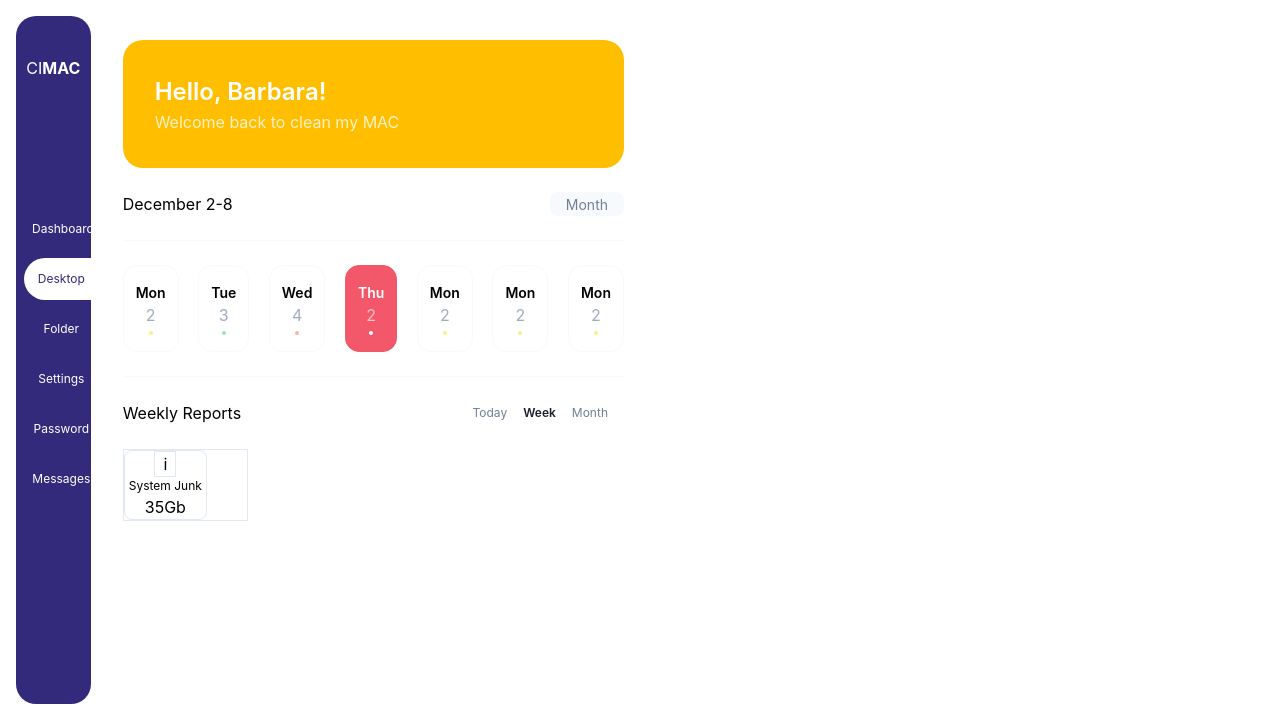
Repository: charleyvibez/experiment-Utility-software-UI
Page: index.html
The author's editor kept a copy of each file at every save. The page is drawn from the files as they stood at one save, then again after a run of saves.
The browser window is 1280 px wide. The pictures show the whole page.

Above is the page before, as saved 2020-03-18 00:46:02.

### index.html
<!DOCTYPE html>
<html lang="en">
<head>
  <meta charset="UTF-8">
  <meta name="viewport" content="width=device-width, initial-scale=1.0">

  <link rel="stylesheet" href="tailwind.css">
  <link rel="stylesheet" href="index.css">
  <title>Document</title>
</head>
<body>
  <section class="flex">
     <aside class="w-1/12 p-4 h-screen">
      <div class="aside-container bg-gray-100 rounded-xl flex flex-col items-center h-full">
        <div class="logo pt-10 text-white">
          <h3>CI<span class="font-bold">MAC</span></h3>
        </div>

      <nav class="flex flex-col items-center text-xs mt-32 text-center text-white w-full pl-2">
        <div class="nav-item w-full pl-2 py-3 mb-2">Dashboard</div>
        <div class="nav-item w-full pl-2 py-3 mb-2 active-nav">Desktop</div>
        <div class="nav-item w-full pl-2 py-3 mb-2">Folder</div>
        <div class="nav-item w-full pl-2 py-3 mb-2">Settings</div>
        <div class="nav-item w-full pl-2 py-3 mb-2">Password</div>
        <div class="nav-item w-full pl-2 py-3 mb-2">Messages</div>
      </nav>
      </div>

    </aside>

  <main class="w-5/12 p-4 h-screen pt-10">
    <div class="main-container">
      <div class="hello p-8 h-32 yellow-bg rounded-xl flex flex-col justify-center">
        <h1 class="text-2xl font-semibold text-white">Hello, Barbara!</h1>
        <p class="yellow-text-support">Welcome back to clean my MAC</p>
      </div>
      <div class="date">
        <div class="heading flex justify-between border-b border-gray-100 py-6">
          <div class="heading-date-range">
            <Span> December 2-8</Span>
          </div>
          <div class="heading-month bg-gray-100 px-4 rounded-lg flex items-center">
            <span class="inline-block text-sm text-gray-600">Month</span>
          </div>
        </div>
        <div class="days flex justify-between py-6  border-b border-gray-100">
          <div class="day flex flex-col items-center py-4 px-3 border border-gray-100 rounded-lg">
            <h3 class="font-semibold text-sm">Mon</h3>
            <span class="text-gray-500">2</span>
            <span class="w-1 h-1 bg-yellow-300 rounded-full mt-1"></span>
          </div>
          <div class="day flex flex-col items-center py-4 px-3 border border-gray-100 rounded-lg">
            <h3 class="font-semibold text-sm">Tue</h3>
            <span class="text-gray-500">3</span>
            <span class="w-1 h-1 bg-green-300 rounded-full mt-1"></span>
          </div>
          <div class="day flex flex-col items-center py-4 px-3 border border-gray-100 rounded-lg">
            <h3 class="font-semibold text-sm">Wed</h3>
            <span class="text-gray-500">4</span>
            <span class="w-1 h-1 bg-red-300 rounded-full mt-1"></span>
          </div>
          <div class="day flex flex-col items-center py-4 px-3 border border-gray-100 rounded-lg active-day">
            <h3 class="font-semibold text-sm">Thu</h3>
            <span class="inline-block text-gray-500 day-number">2</span>
            <span class="inline-block w-1 h-1 bg-yellow-300 rounded-full mt-1 day-indicator"></span>
          </div>
          <div class="day flex flex-col items-center py-4 px-3 border border-gray-100 rounded-lg">
            <h3 class="font-semibold text-sm">Mon</h3>
            <span class="text-gray-500">2</span>
            <span class="w-1 h-1 bg-yellow-300 rounded-full mt-1"></span>
          </div>
          <div class="day flex flex-col items-center py-4 px-3 border border-gray-100 rounded-lg">
            <h3 class="font-semibold text-sm">Mon</h3>
            <span class="text-gray-500">2</span>
            <span class="w-1 h-1 bg-yellow-300 rounded-full mt-1"></span>
          </div>
          <div class="day flex flex-col items-center py-4 px-3 border border-gray-100 rounded-lg">
            <h3 class="font-semibold text-sm">Mon</h3>
            <span class="text-gray-500">2</span>
            <span class="w-1 h-1 bg-yellow-300 rounded-full mt-1"></span>
          </div>
        </div>
      </div>

       <div class="Reports">
        <div class="heading flex justify-between  py-6">
          <div class="heading-date-range">
            <Span class="font-normal"> Weekly Reports</Span>
          </div>
          <div class="heading-reports  px-4 rounded-lg flex items-center">
            <span class="inline-block text-gray-600 text-xs">Today</span>
            <span class="inline-block text-gray-900 ml-4 text-xs font-semibold">Week</span>
            <span class="inline-block text-gray-600 ml-4 text-xs">Month</span>
          </div>


        </div>
        <div class="junks">
          <div class="system-junk w-1/4 border flex items-center pr-10">
           <div class="bg-white rounded-lg flex flex-col items-center border w-full">
             <span class="junk-icon inline-block px-2 border">
              i
            </span>
            <h6 class="text-xs">System Junk</h6>
            <span class="inline-block bg-">35Gb</span>
           </div>
          </div>
        </div>
       </div>
    </div>
  </main>
  </section>

</body>
</html>

### index.css
* {
  margin: 0;
  padding: 0;
  box-sizing: border-box;
}

.aside-container {
  background: #332a7b;
}
.active-nav {
  position: relative;
  background:white;
  color: #332a7b;
  border-bottom-left-radius: 30px;
  border-top-left-radius: 30px;
}

/* .active-nav:before {
  position: absolute;
  content: '';
  height: 30px;
  width: 30px;
  border-radius: 50%;
  top: -25px;
  right: 0;
  background: #332a7b;
} */

.rounded-xl {
  border-radius: 20px
}

.yellow-bg {
  background: #ffbf00;
}
.yellow-text-support {
  color: #fff1c5
}

.day {
  border-radius: 14px;
}

.active-day {
  background: #f2586a;
  border: 1px solid #f2586a
}

.active-day h3 {
  color: white;
  ;
}
.active-day .day-number {
  color: #ffbec6;
}
.active-day .day-indicator {
  background: white;
}

Loaded but not shown: tailwind.css (library)

After the next 5 saves:
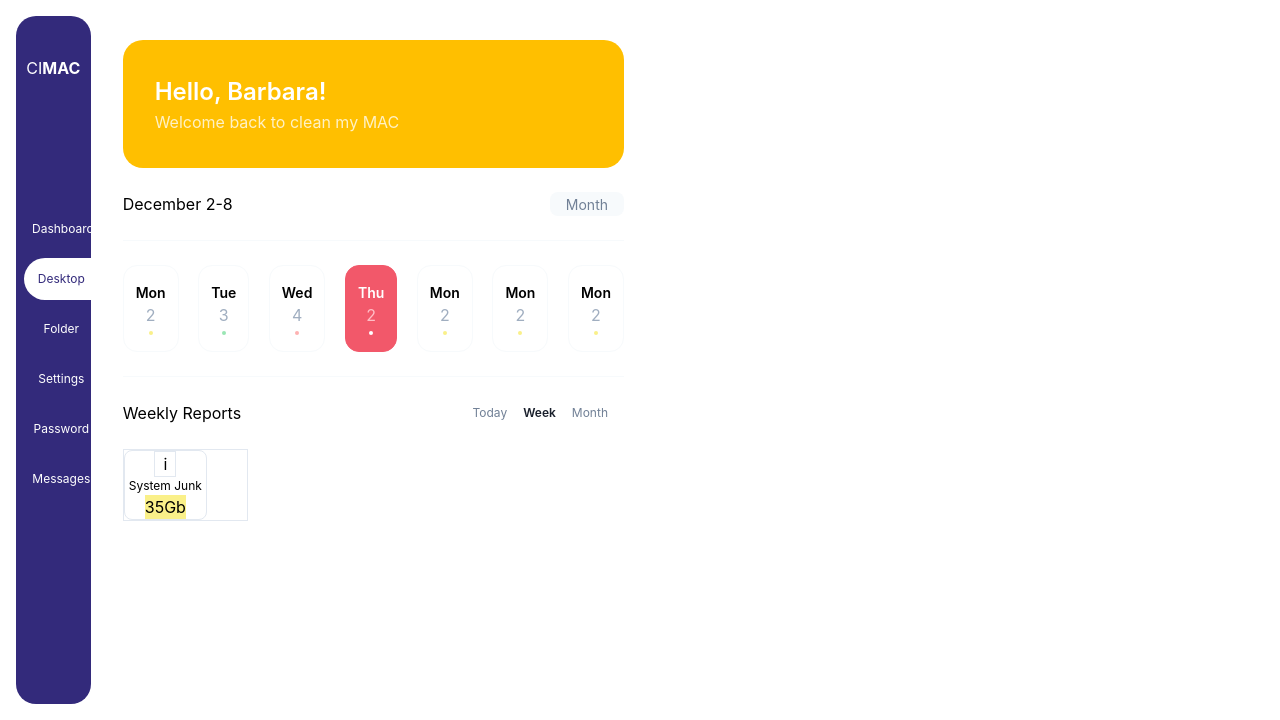
The 5 saves are shown as one change because they came seconds apart.
The last was saved 13 s later.
--- a/index.html
+++ b/index.html
@@ -102,7 +102,7 @@
               i
             </span>
             <h6 class="text-xs">System Junk</h6>
-            <span class="inline-block bg-">35Gb</span>
+            <span class="inline-block bg-yellow-300">35Gb</span>
            </div>
           </div>
         </div>
